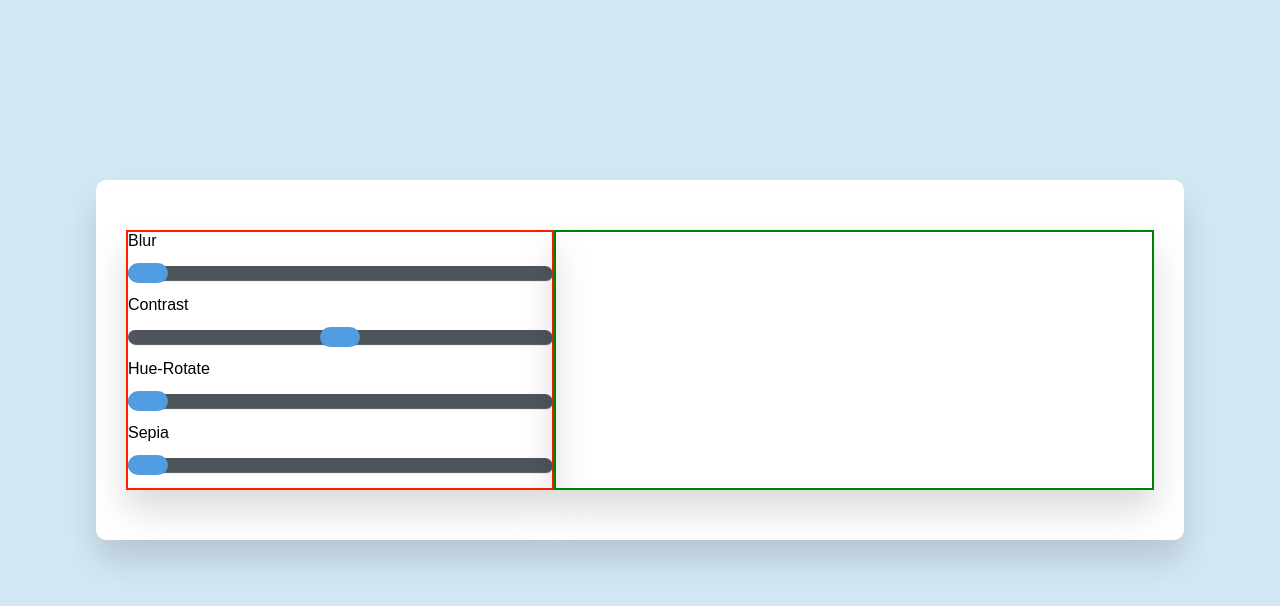
Repository: Larrowo/Challenges
Page: Photo filter/index.html
The author's editor kept a copy of each file at every save. The page is drawn from the files as they stood at one save, then again after the next save.
The browser window is 1280 px wide. The pictures show the whole page.

Above is the page before, as saved 2022-04-01 12:30:46.

After the next save:
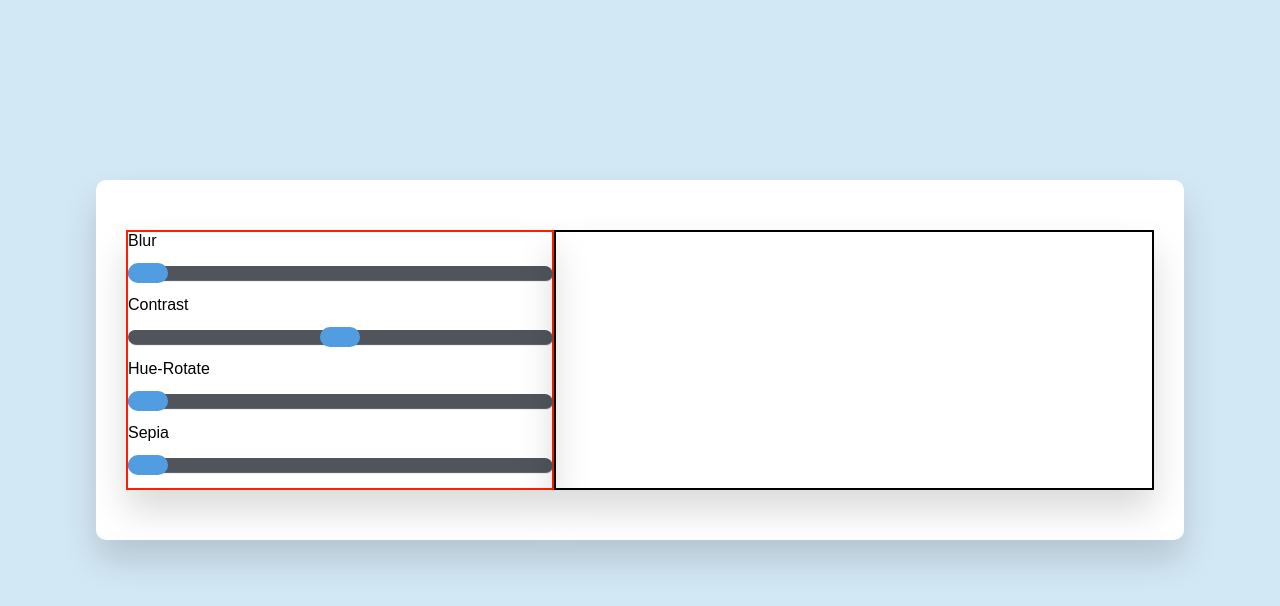
Saved 7 s later.
--- a/Photo filter/style.css
+++ b/Photo filter/style.css
@@ -32,7 +32,7 @@ body{
  }
 
  .results{
-     border: 2px solid green;
+     border: 2px solid rgb(0, 0, 0);
      box-shadow: 0 20px 35px rgba(0,0,0,0.15);
  }
 
